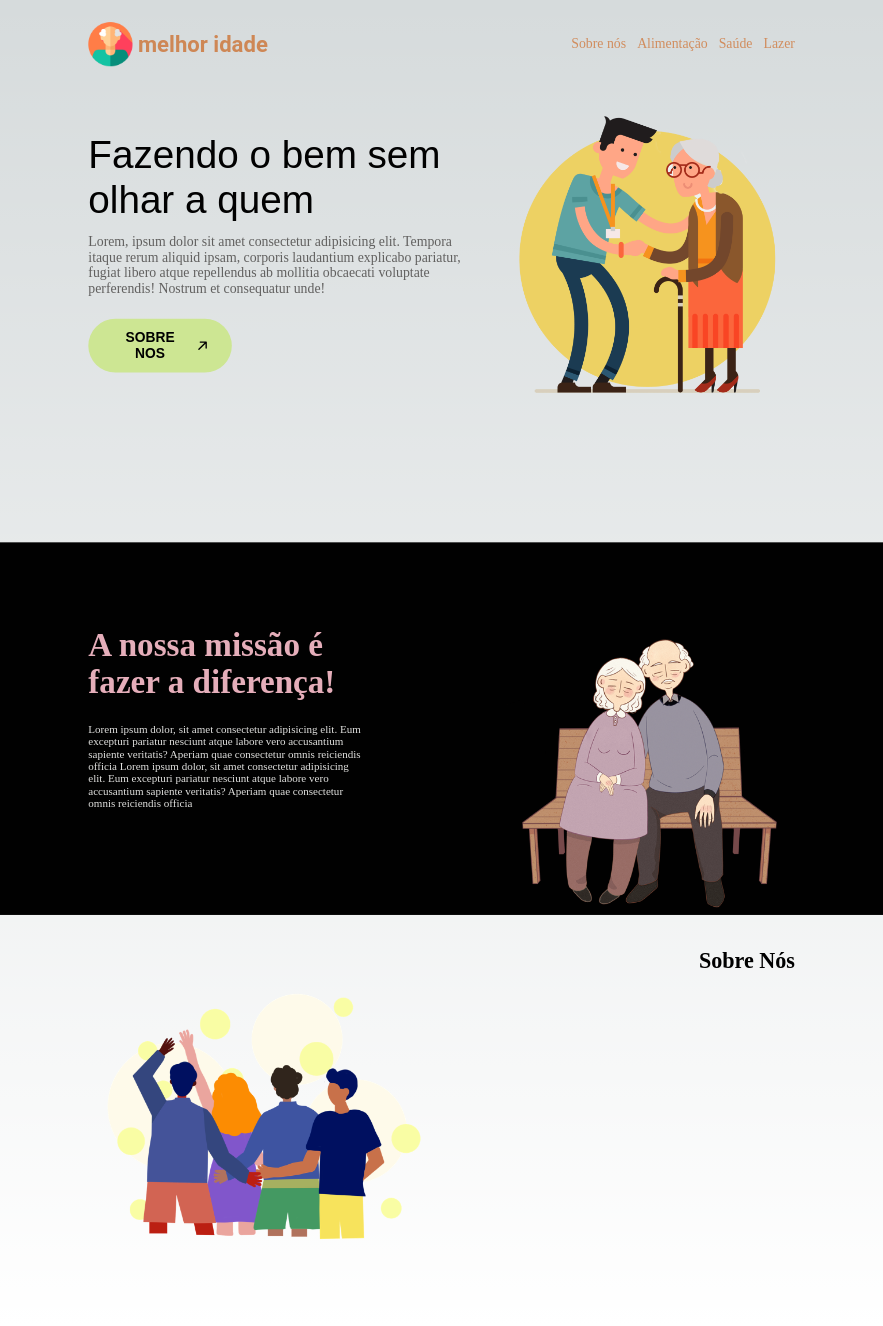
Repository: Giopol12/melhor-idade-online
Page: /home
The author's editor kept a copy of each file at every save. The page is drawn from the files as they stood at one save, then again after the next save.
The browser window is 1280 px wide. The pictures show the whole page, at 69% of full size.
The project was rebuilt for these pictures with package versions that can differ from the ones it lists, and the page was loaded fresh each time. The framework's server and built-in components were replaced by stand-ins that run in the browser. Also part of the build but not shown: next.config.js.

Above is the page before, as saved 2023-11-21 11:09:41.

After the next save:
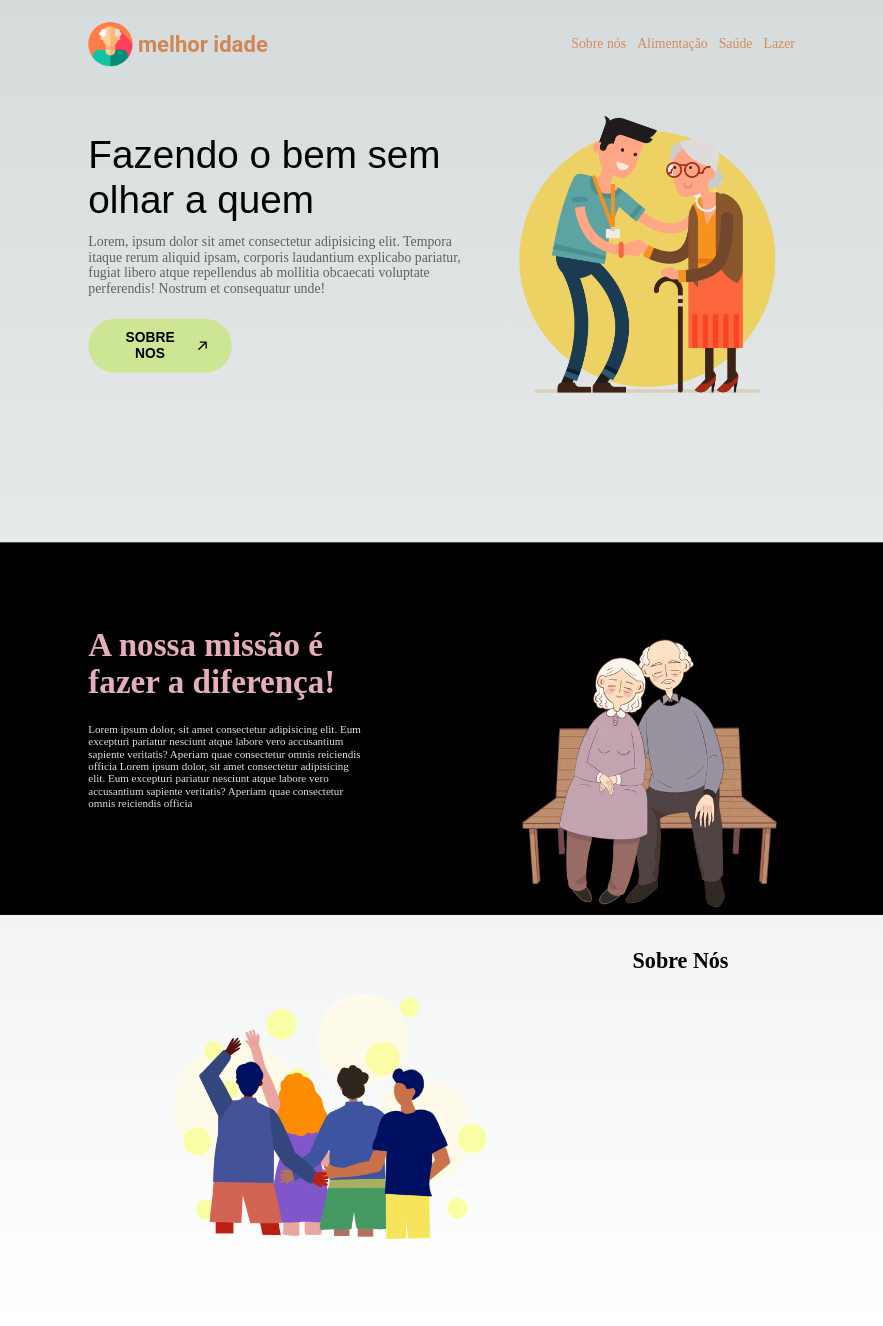
Saved 10 s later.
--- a/src/components/AboutUs/styles.ts
+++ b/src/components/AboutUs/styles.ts
@@ -4,6 +4,6 @@
   maxWidth: 1024,
   margin: '3rem auto',
   display: 'flex',
-  justifyContent: 'space-between',
+  justifyContent: 'space-around',
 })
 export const AboutUsContentContainer = styled('div', {})

After the save that followed:
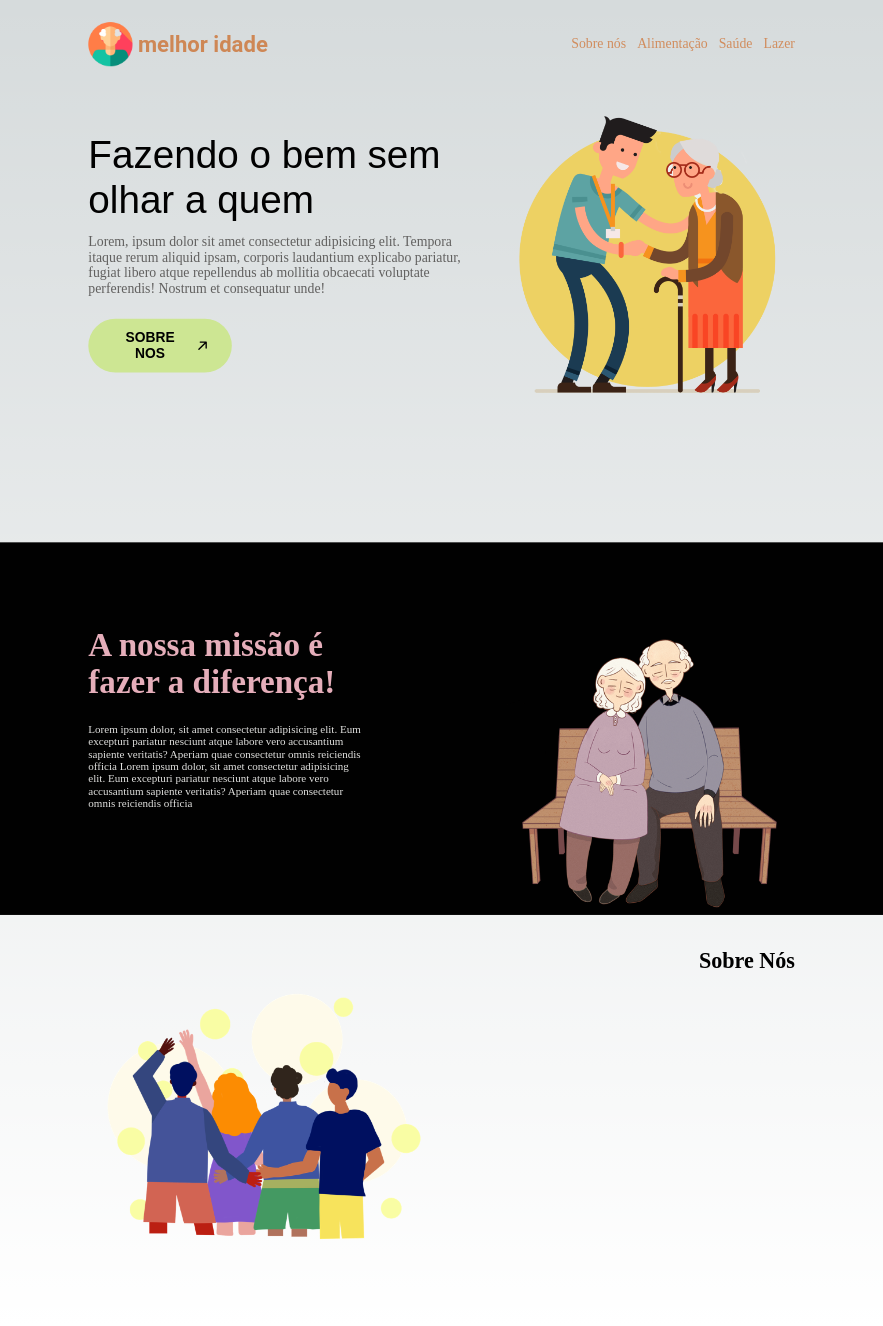
Saved 5 s later.
--- a/src/components/AboutUs/styles.ts
+++ b/src/components/AboutUs/styles.ts
@@ -4,6 +4,6 @@
   maxWidth: 1024,
   margin: '3rem auto',
   display: 'flex',
-  justifyContent: 'space-around',
+  justifyContent: 'space-between',
 })
 export const AboutUsContentContainer = styled('div', {})
